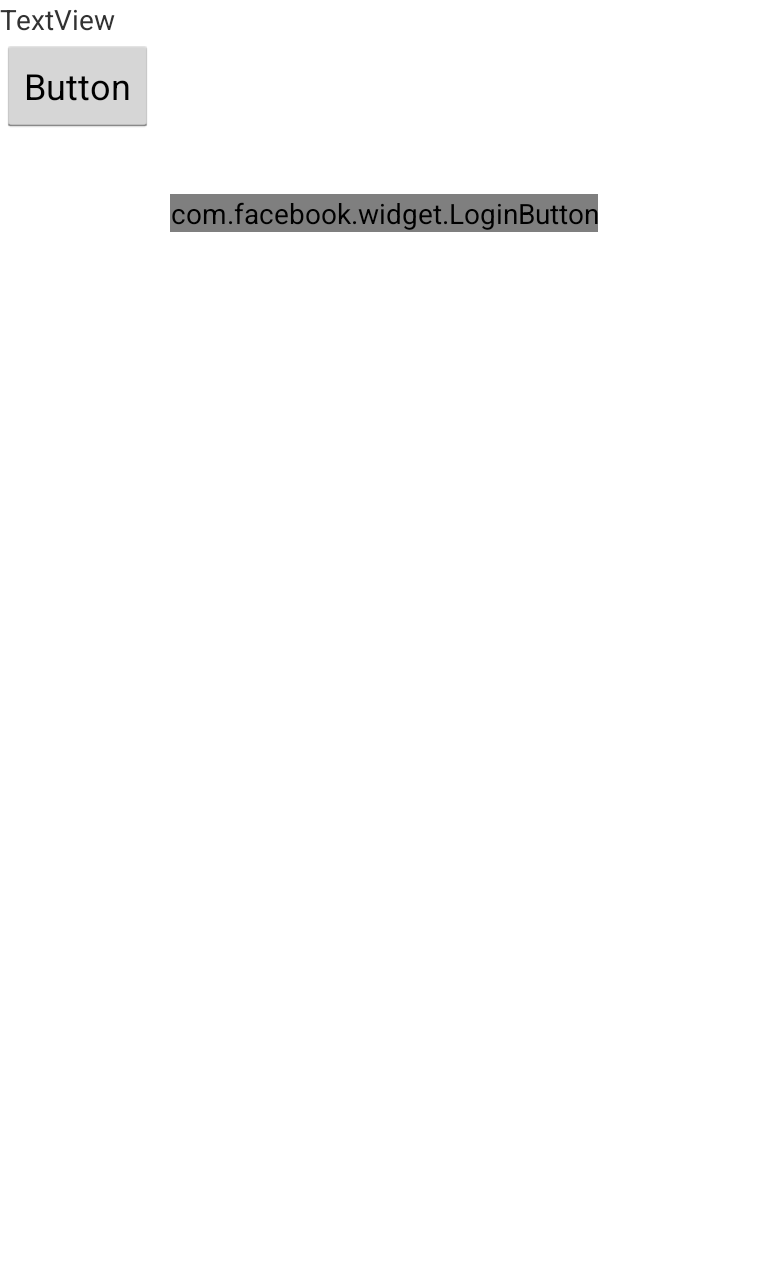
Repository: harsha20011992/Android-Projects
Layout: Sample_fb/res/layout/activity_main.xml
The author's editor kept a copy of each file at every save. The layout is drawn from the files as they stood at one save, then again after the next save.
Pictures or frames that could not be fetched are drawn as grey boxes. It is drawn on a 768 x 1280 px phone screen (xhdpi) without system bars, with theme AppTheme; the app's code is not run.

Above is the layout before, as saved 2014-10-14 16:33:17.

### Sample_fb/res/layout/activity_main.xml
<?xml version="1.0" encoding="utf-8"?>
<LinearLayout xmlns:android="http://schemas.android.com/apk/res/android"
    android:layout_width="match_parent"
    android:layout_height="match_parent"
    android:orientation="vertical" >

    <TextView
        android:id="@+id/fbtext"
        android:layout_width="wrap_content"
        android:layout_height="wrap_content"
        android:text="TextView" />

    <Button
        android:id="@+id/fbbuton"
        android:layout_width="wrap_content"
        android:layout_height="wrap_content"
        android:text="Button" />

    <com.facebook.widget.LoginButton
        android:id="@+id/authButton"
        android:layout_width="wrap_content"
        android:layout_height="wrap_content"
        android:layout_gravity="center_horizontal"
        android:layout_marginTop="30dp"
        />

</LinearLayout>

Loaded but not shown: Sample_fb/res/values/styles.xml (common file); Sample_fb/res/values-v11/styles.xml (common file); Sample_fb/res/values-v14/styles.xml (common file)

After the next save:
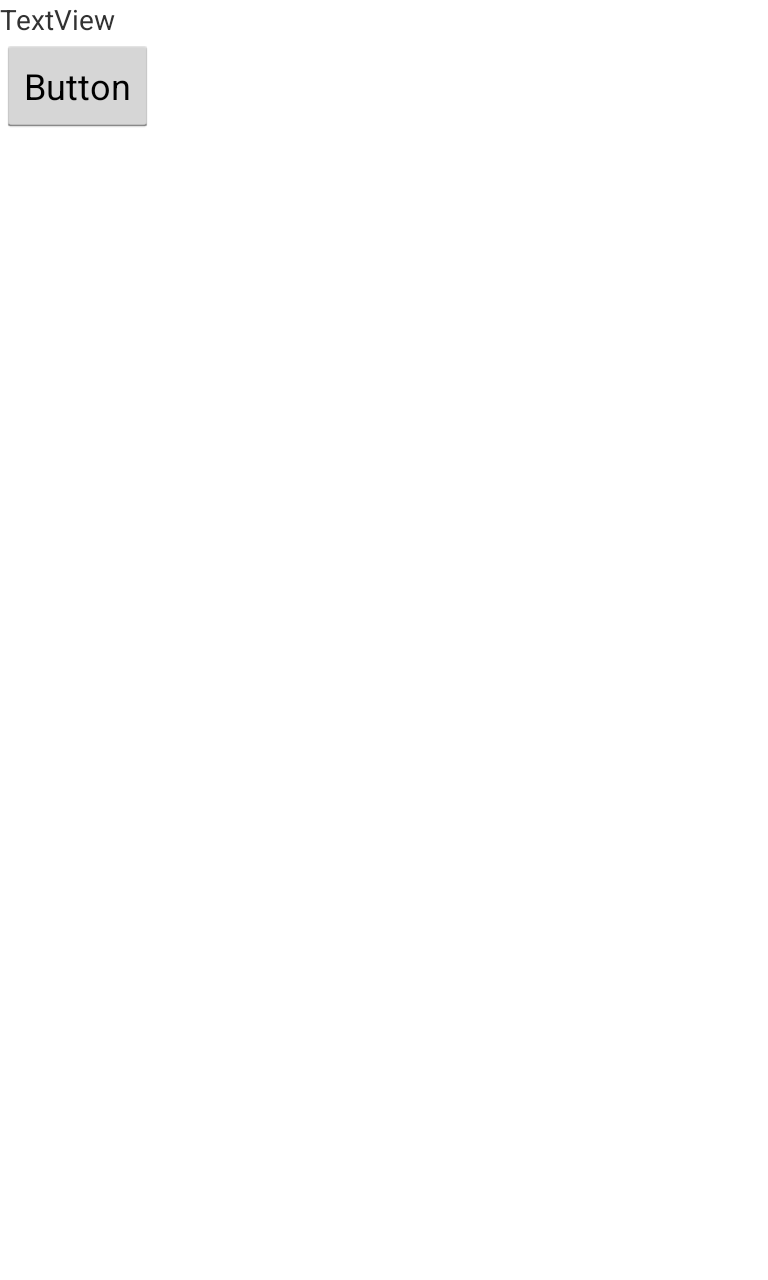
Saved 8 min 55 s later.
--- a/Sample_fb/res/layout/activity_main.xml
+++ b/Sample_fb/res/layout/activity_main.xml
@@ -16,12 +16,12 @@
         android:layout_height="wrap_content"
         android:text="Button" />
 
-    <com.facebook.widget.LoginButton
+   <!-- <com.facebook.widget.LoginButton
         android:id="@+id/authButton"
         android:layout_width="wrap_content"
         android:layout_height="wrap_content"
         android:layout_gravity="center_horizontal"
         android:layout_marginTop="30dp"
-        />
+        /> -->
 
 </LinearLayout>
